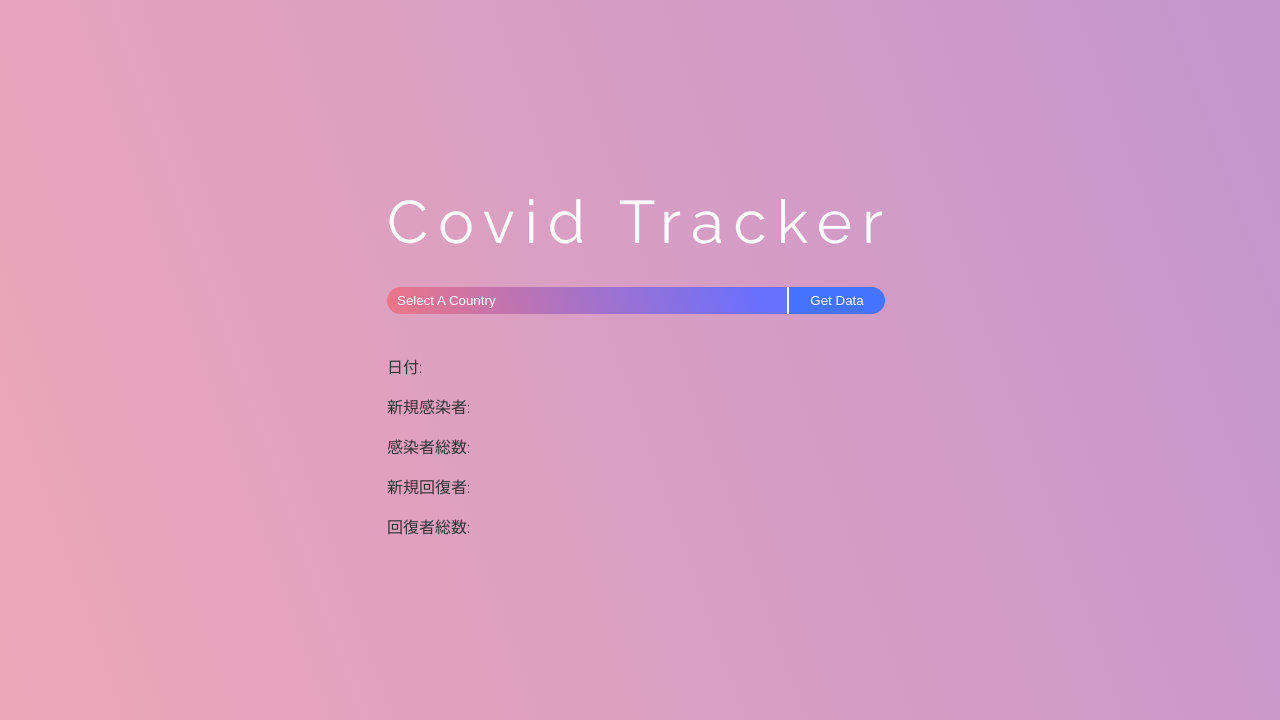
Repository: isopets/react-corona-tracker-app
Page: /
The author's editor kept a copy of each file at every save. The page is drawn from the files as they stood at one save, then again after the next save.
The browser window is 1280 px wide. The pictures show the whole page.
The project was rebuilt for these pictures with package versions that can differ from the ones it lists, and the page was loaded fresh each time.

Above is the page before, as saved 2022-06-17 12:07:16.

After the next save:
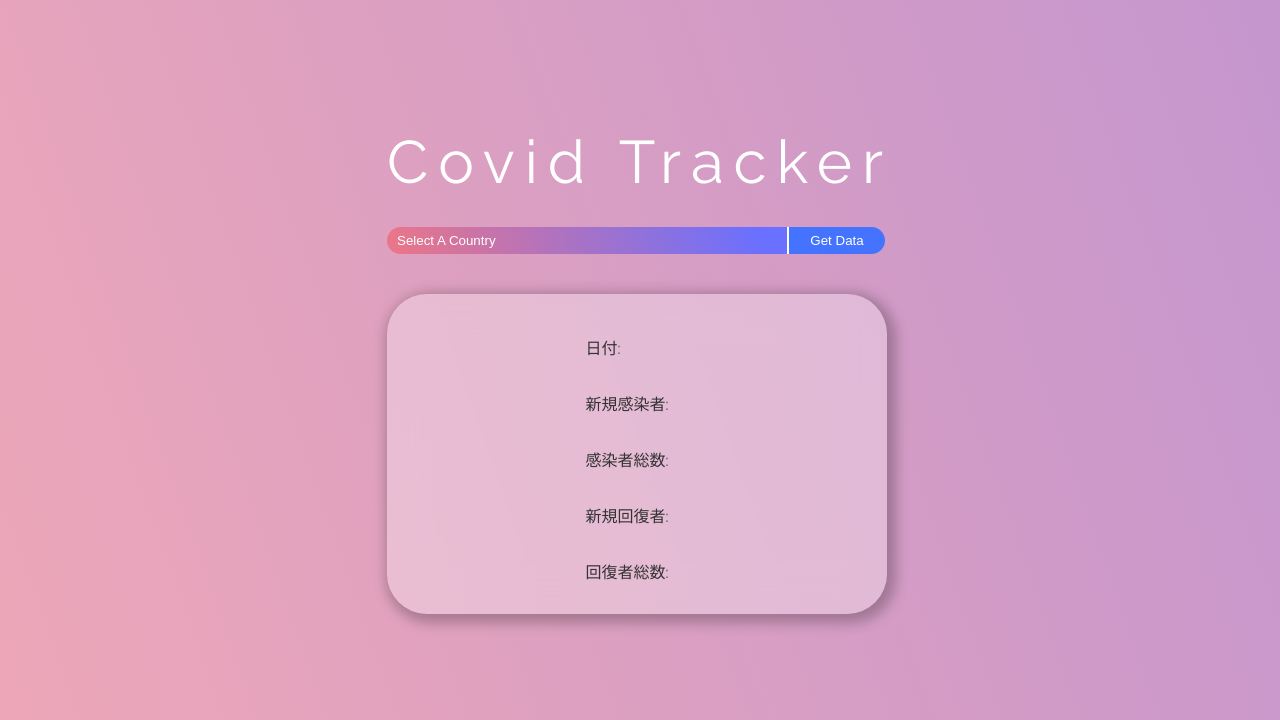
Saved 11 s later.
--- a/src/components/Results.js
+++ b/src/components/Results.js
@@ -1,12 +1,27 @@
 const Results = props => {
-  console.log("Resultsのprops", props);
   return (
-    <div>
-      <p>日付:{props.countryData.date.slice(0, 10)}</p>
-      <p>新規感染者:{props.countryData.newConfirmed.toLocaleString()}</p>
-      <p>感染者総数:{props.countryData.totalConfirmed.toLocaleString()}</p>
-      <p>新規回復者:{props.countryData.newRecovered.toLocaleString()}</p>
-      <p>回復者総数:{props.countryData.totalRecovered.toLocaleString()}</p>
+    <div className="results-container">
+      <div>
+        <p>
+          日付: <span>{props.countryData.date.slice(0, 10)}</span>
+        </p>
+        <p>
+          新規感染者:{" "}
+          <span>{props.countryData.newConfirmed.toLocaleString()}</span>
+        </p>
+        <p>
+          感染者総数:{" "}
+          <span>{props.countryData.totalConfirmed.toLocaleString()}</span>
+        </p>
+        <p>
+          新規回復者:{" "}
+          <span>{props.countryData.newRecovered.toLocaleString()}</span>
+        </p>
+        <p>
+          回復者総数:{" "}
+          <span>{props.countryData.totalRecovered.toLocaleString()}</span>
+        </p>
+      </div>
     </div>
   );
 };
